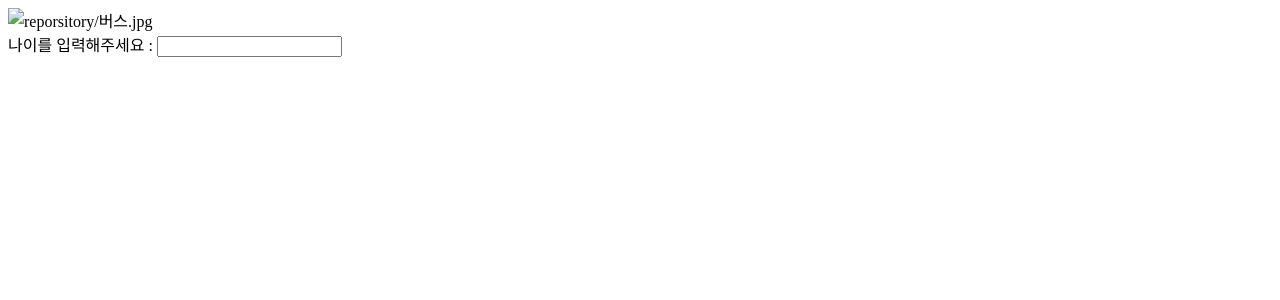
Repository: JongMin22/jsp.practice
Page: http://localhost/JSPBasic/JspObject/4.objecttest/bus_form.jsp
These files come from the project's save history. The page is drawn as it stood at one moment and after the next save; the edit follows.
The browser window is 1280 px wide. The pictures show the whole page.
The page is served by Tomcat 9.

Above is the page before, as saved 2022-02-07 05:15:48.

After the next save:
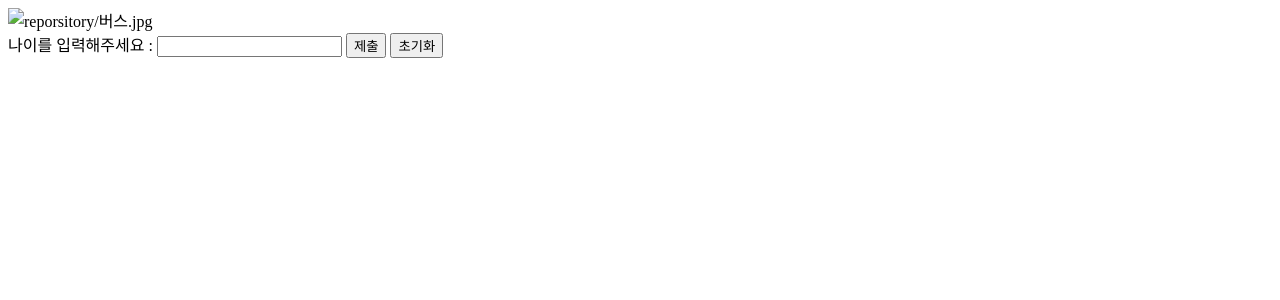
Saved 28 s later.
--- a/JSPBasic/src/main/webapp/JspObject/4.objecttest/bus_form.jsp
+++ b/JSPBasic/src/main/webapp/JspObject/4.objecttest/bus_form.jsp
@@ -10,6 +10,8 @@
 <img alt="reporsitory/버스.jpg">
 <form action="bus_check.jsp" method="post">
 나이를 입력해주세요 : <input type=text name="age">
+<input type="submit" value="제출"/>
+<input type="reset" value="초기화"/>
 </form>
 
 </body>
